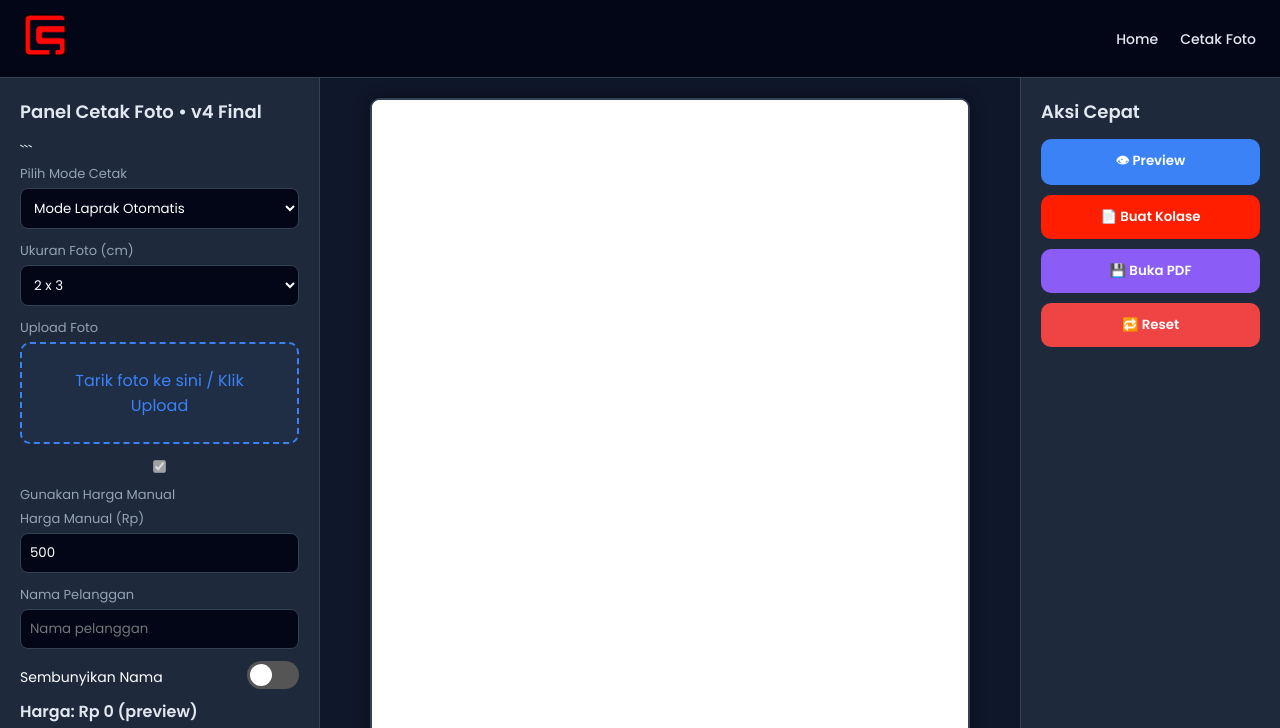
Repository: procinema22/hiisedulurfc
Page: cetakfoto.html
The author's editor kept a copy of each file at every save. The page is drawn from the files as they stood at one save, then again after the next save.
The browser window is 1280 px wide. The pictures show the whole page.
An inner scrolling area shows only its first screen.

Above is the page before, as saved 2026-04-27 22:11:43.

After the next save:
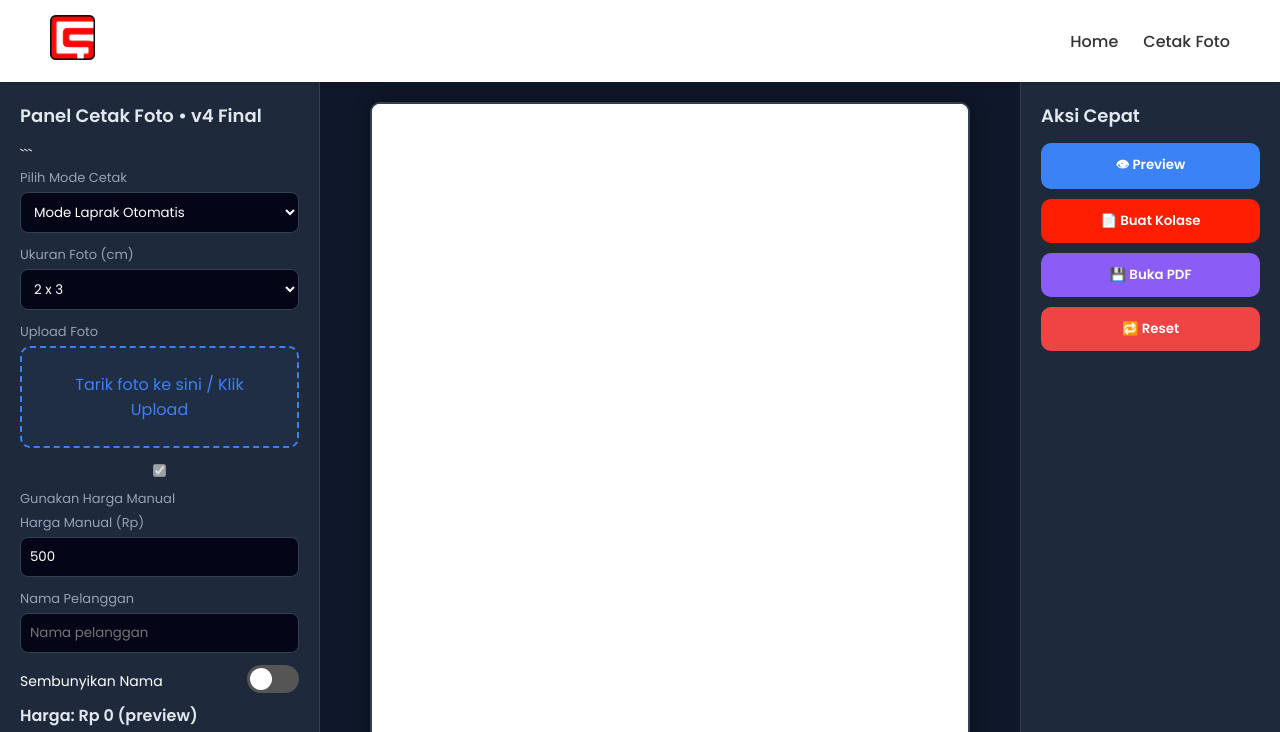
Saved 60 s later.
--- a/css/cetak.css
+++ b/css/cetak.css
@@ -25,49 +25,70 @@
     overflow-x:hidden;
   }
 
-  /* ============ HEADER / NAVBAR ============ */
-  header{
-    display:flex;
-    align-items:center;
-    justify-content:space-between;
-    padding:14px 24px;
-    background:#020617;
-    border-bottom:1px solid var(--border);
-  }
-
-  header .logo img{
-    height:42px;
-  }
-
-  header nav ul{
-    display:flex;
-    gap:22px;
-    list-style:none;
-  }
-
-  header nav ul li a{
-    color:var(--text);
-    text-decoration:none;
-    font-size:14px;
-    font-weight:500;
-  }
-
-  header nav ul li a:hover{
-    color:var(--green);
-  }
-
-  .search-box{
-    display:flex;
-    gap:6px;
-  }
-
-  .search-box input{
-    padding:6px 10px;
-    border-radius:8px;
-    background:#020617;
-    border:1px solid var(--border);
-    color:white;
-  }
+  /* ===============================
+   NAVBAR
+================================ */
+header {
+  display: flex;
+  align-items: center;
+  justify-content: space-between;
+  padding: 15px 50px;
+  background-color: #fff;
+  box-shadow: 0 2px 5px rgba(0,0,0,0.1);
+  position: sticky;
+  top: 0;
+  z-index: 100;
+}
+
+.logo {
+  display: flex;
+  align-items: center;
+  gap: 10px;
+}
+
+.logo img {
+  height: 45px;
+  width: auto;
+}
+
+nav ul {
+  list-style: none;
+  display: flex;
+  gap: 25px;
+}
+
+nav a {
+  text-decoration: none;
+  color: #333;
+  font-weight: 500;
+}
+
+nav a:hover {
+  color: #b70d0d;
+}
+
+.search-box {
+  display: flex;
+  border: 1px solid #ddd;
+  border-radius: 25px;
+  overflow: hidden;
+  width: 260px;
+}
+
+.search-box input {
+  border: none;
+  padding: 8px 15px;
+  width: 100%;
+  outline: none;
+}
+
+.search-box button {
+  background: #b70d0d;
+  color: white;
+  border: none;
+  padding: 8px 15px;
+  cursor: pointer;
+}
 
   /* ============ LAYOUT ============ */
   .layout{
